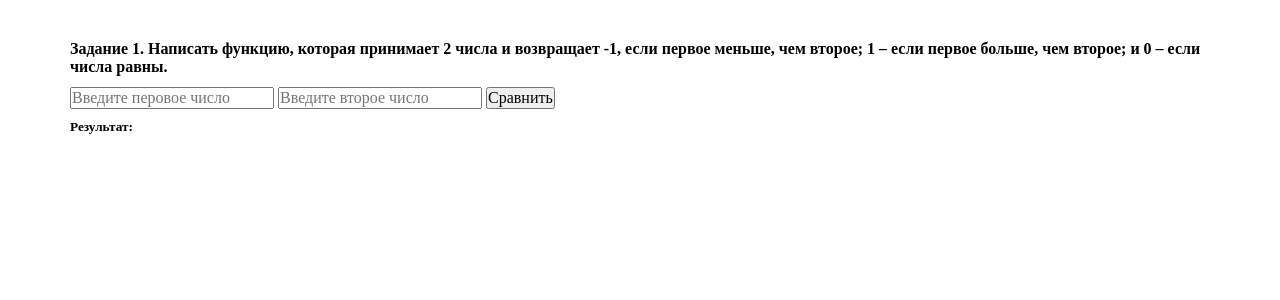
Repository: NastyaGavrilova/Beetroot-js
Page: HW3/index.html
These files come from the project's save history. The page is drawn as it stood at one moment and after the next save; the edit follows.
The browser window is 1280 px wide. The pictures show the whole page.

Above is the page before, as saved 2021-10-18 14:14:27.

After the next save:
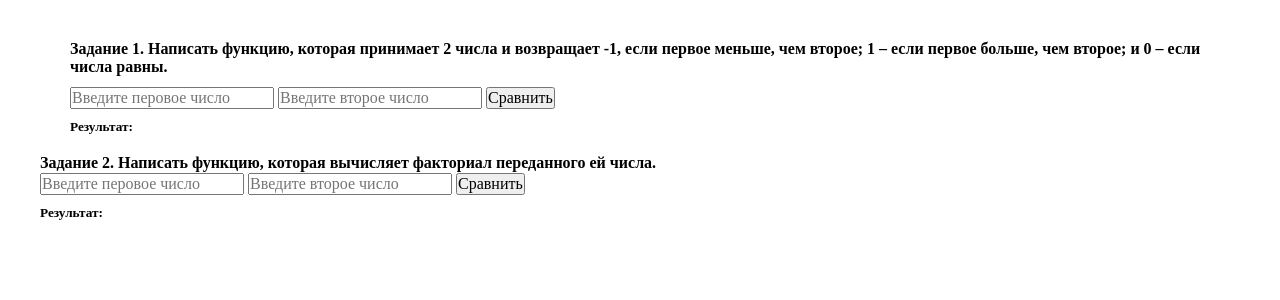
Saved 38 s later.
--- a/HW3/index.html
+++ b/HW3/index.html
@@ -43,7 +43,29 @@
     </section>
 
     <section class="c-task-two">
-      <h4 class="c-task-two__title"></h4>
+      <h4 class="c-task-two__title">
+        Задание 2. Написать функцию, которая вычисляет факториал переданного ей
+        числа.
+      </h4>
+      <form
+        action="#"
+        method="post"
+        class="c-task-one__form"
+        id="js-task2-form"
+      >
+        <input
+          type="number"
+          id="js-task2-input1"
+          placeholder="Введите перовое число"
+        />
+        <input
+          type="number"
+          id="js-task2-input2"
+          placeholder="Введите второе число"
+        />
+        <button id="js-task2-btn">Сравнить</button>
+      </form>
+      <h5>Результат: <span id="js-task2-span"></span></h5>
     </section>
 
     <script src="./index.js"></script>
